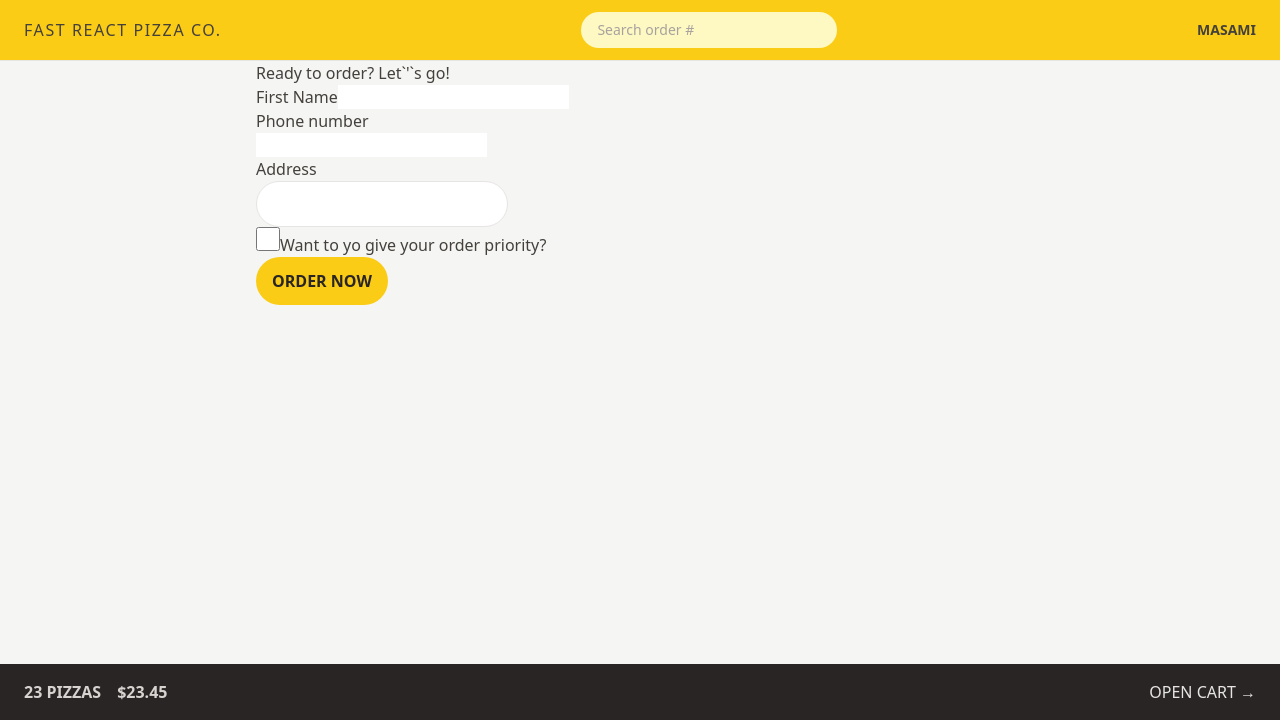
Repository: masamichan/pizza-vite
Page: /order/new
These files come from the project's save history. The page is drawn as it stood at one moment and after the next save; the edit follows.
The browser window is 1280 px wide. The pictures show the whole page.
The project was rebuilt for these pictures with package versions that can differ from the ones it lists, and the page was loaded fresh each time. Also part of the build but not shown: vite.config.js, src/ui/Home.jsx, src/utils/helpers.js, src/features/menu/MenuItem.jsx, src/features/menu/Menu.jsx, src/features/cart/Cart.jsx, src/features/order/Order.jsx, src/ui/Loader.jsx and 1 more. Imported but missing from the stored project, and not drawn on this page: src/features/user/CreateUser.

Above is the page before, as saved 2023-12-22 13:21:36.

### src/App.jsx
import { RouterProvider, createBrowserRouter } from "react-router-dom"
import Home from './ui/Home'
import Menu, {loader as menuLoader} from './features/menu/Menu';
import Cart from './features/cart/Cart';
import CreateOrder, {action as createOrderAction} from './features/order/CreateOrder';
import Order, {loader as orderLoader} from "./features/order/Order"
import AppLayout from "./ui/AppLayout";
import Error from "./ui/Error"

const router = createBrowserRouter([
  {
    element: <AppLayout />,
    errorElement: <Error />,
    children: [
  { path: "/", element: <Home/>},
  { path: "/menu", element: <Menu />, loader: menuLoader, errorElement: <Error />},
  {path: "/cart",element: <Cart />},
  {path: "/order/new",element: <CreateOrder />, action: createOrderAction},
  {path: "/order/:orderId", element: <Order />, loader: orderLoader, errorElement: <Error />}
    ],
  },
])




function App() {
  return <RouterProvider router={router} />
}

export default App

### src/index.css
@tailwind base;
@tailwind components;
@tailwind utilities;

@layer components {
  .input {
    @apply rounded-full border border-stone-200 px-4 py-2 text-sm
          transition-all duration-300 placeholder:text-stone-400
          focus:outline-none focus:ring focus:ring-yellow-400
          md:px-6 md:py-3;
  }
}

/* https://dev.to/afif/i-made-100-css-loaders-for-your-next-project-4eje */
.loader {
  width: 45px;
  aspect-ratio: 0.75;
  --c: no-repeat linear-gradient(#333 0 0);
  background:
    var(--c) 0% 50%,
    var(--c) 50% 50%,
    var(--c) 100% 50%;
  background-size: 20% 50%;
  animation: loading 1s infinite linear;
}

@keyframes loading {
  20% {
    background-position:
      0% 0%,
      50% 50%,
      100% 50%;
  }
  40% {
    background-position:
      0% 100%,
      50% 0%,
      100% 50%;
  }
  60% {
    background-position:
      0% 50%,
      50% 100%,
      100% 0%;
  }
  80% {
    background-position:
      0% 50%,
      50% 50%,
      100% 100%;
  }
}

### src/features/order/CreateOrder.jsx
import { useState } from 'react';
import { Form, redirect, useActionData, useNavigation } from 'react-router-dom';
import { createOrder } from '../../services/apiRestaurant';

// https://uibakery.io/regex-library/phone-number
const isValidPhone = (str) =>
  /^\+?\d{1,4}?[-.\s]?\(?\d{1,3}?\)?[-.\s]?\d{1,4}[-.\s]?\d{1,4}[-.\s]?\d{1,9}$/.test(
    str,
  );

const fakeCart = [
  {
    pizzaId: 12,
    name: 'Mediterranean',
    quantity: 2,
    unitPrice: 16,
    totalPrice: 32,
  },
  {
    pizzaId: 6,
    name: 'Vegetale',
    quantity: 1,
    unitPrice: 13,
    totalPrice: 13,
  },
  {
    pizzaId: 11,
    name: 'Spinach and Mushroom',
    quantity: 1,
    unitPrice: 15,
    totalPrice: 15,
  },
];

function CreateOrder() {
  const navigation = useNavigation();
  const isSubmitting = navigation.state === 'submitting';

  const formErrors = useActionData();

  // const [withPriority, setWithPriority] = useState(false);
  const cart = fakeCart;

  return (
    <div>
      <h2>Ready to order? Let`&apos;`s go!</h2>

      <Form method="POST">
        <div>
          <label>First Name</label>
          <input type="text" name="customer" required />
        </div>

        <div>
          <label>Phone number</label>
          <div>
            <input type="tel" name="phone" required />
          </div>
          {formErrors?.phone && <p>{formErrors.phone}</p>}
        </div>

        <div>
          <label>Address</label>
          <div>
            <input className="input" type="text" name="address" required />
          </div>
        </div>

        <div>
          <input
            className="h-6 w-6 accent-yellow-400
                      focus:outline-none focus:ring
                      focus:ring-yellow-400
                      focus:ring-offset-2"
            type="checkbox"
            name="priority"
            id="priority"
            // value={withPriority}
            // onChange={(e) => setWithPriority(e.target.checked)}
          />
          <label htmlFor="priority">Want to yo give your order priority?</label>
        </div>

        <div>
          <input type="hidden" name="cart" value={JSON.stringify(cart)} />
          <button
            disabled={isSubmitting}
            className="tracking-width activate:bg-slate-400 inline-block rounded-full bg-yellow-400 px-4 py-3 font-semibold
                       uppercase text-stone-800 transition-colors duration-300 hover:bg-yellow-300
                      focus:outline-none focus:ring focus:ring-yellow-300 focus:ring-offset-2 disabled:cursor-not-allowed"
          >
            {isSubmitting ? 'Placing order...' : 'Order now'}
          </button>
        </div>
      </Form>
    </div>
  );
}

export async function action({ request }) {
  const formData = await request.formData();
  const data = Object.fromEntries(formData);

  const order = {
    ...data,
    cart: JSON.parse(data.cart),
    priority: data.priority === 'on',
  };

  const errors = {};
  if (!isValidPhone(order.phone))
    errors.phone =
      'Please give us your correct phone number. We might need it to contact you.';

  if (Object.keys(errors).length > 0) return errors;

  const newOrder = await createOrder(order);

  return redirect(`/order/${newOrder.id}`);
}

export default CreateOrder;

### src/ui/AppLayout.jsx
import Header from './Header';
import Loader from './Loader';
import { Outlet, useNavigation } from 'react-router-dom';
import CartOverview from '../features/cart/CartOverview';

function AppLayout() {
  const navigation = useNavigation();
  const isLoading = navigation.state === 'loading';
  return (
    <div className="grid h-screen grid-rows-[auto_1fr_auto]">
      {isLoading && <Loader />}

      <Header />
      <div className="overflow-scroll">
        <main className="mx-auto max-w-3xl">
          <Outlet />
        </main>
      </div>
      <CartOverview />
    </div>
  );
}

export default AppLayout;

### src/services/apiRestaurant.js
const API_URL = 'https://react-fast-pizza-api.onrender.com/api';

export async function getMenu() {
  const res = await fetch(`${API_URL}/menu`);

  // fetch won't throw error on 400 errors (e.g. when URL is wrong), so we need to do it manually. This will then go into the catch block, where the message is set
  if (!res.ok) throw Error('Failed getting menu');

  const { data } = await res.json();
  return data;
}

export async function getOrder(id) {
  const res = await fetch(`${API_URL}/order/${id}`);
  if (!res.ok) throw Error(`Couldn't find order #${id}`);

  const { data } = await res.json();
  return data;
}

export async function createOrder(newOrder) {
  try {
    const res = await fetch(`${API_URL}/order`, {
      method: 'POST',
      body: JSON.stringify(newOrder),
      headers: {
        'Content-Type': 'application/json',
      },
    });

    if (!res.ok) throw Error();
    const { data } = await res.json();
    return data;
  } catch {
    throw Error('Failed creating your order');
  }
}

export async function updateOrder(id, updateObj) {
  try {
    const res = await fetch(`${API_URL}/order/${id}`, {
      method: 'PATCH',
      body: JSON.stringify(updateObj),
      headers: {
        'Content-Type': 'application/json',
      },
    });

    if (!res.ok) throw Error();
    // We don't need the data, so we don't return anything
  } catch (err) {
    throw Error('Failed updating your order');
  }
}

### src/ui/Header.jsx
import { Link } from 'react-router-dom';
import SearchOrder from '../features/order/SearchOrder';
import UserName from '../features/user/UserName';

function Header() {
  return (
    <header className="flex items-center justify-between border-b border-stone-200 bg-yellow-400 px-4 py-3 uppercase sm:px-6">
      <Link to="/" className="tracking-widest">
        Fast React Pizza Co.
      </Link>
      <SearchOrder />
      <UserName />
    </header>
  );
}

export default Header;

### src/features/cart/CartOverview.jsx
import { Link } from 'react-router-dom';

function CartOverview() {
  return (
    <div className="flex items-center justify-between bg-stone-800 px-4 py-4 text-sm uppercase text-stone-200 sm:px-6 md:text-base">
      <p className="sm-space-x-6 space-x-4 font-semibold text-stone-300">
        <span>23 pizzas</span>
        <span>$23.45</span>
      </p>
      <Link to="/cart">Open cart &rarr;</Link>
    </div>
  );
}

export default CartOverview;

### src/features/order/SearchOrder.jsx
import { useState } from 'react';
import { useNavigate } from 'react-router-dom';

function SearchOrder() {
  const [query, setQuery] = useState('');
  const navigate = useNavigate();

  function handleSubmit(e) {
    e.preventDefault();
    if (!query) return;
    navigate(`/order/${query}`);
    setQuery('');
  }

  return (
    <form onSubmit={handleSubmit}>
      <input
        placeholder="Search order #"
        value={query}
        onChange={(e) => setQuery(e.target.value)}
        className="focus: w-28 rounded-full bg-yellow-100 px-4 py-2
                   text-sm ring-yellow-500 transition-all duration-300
                   placeholder:text-stone-400 focus:outline-none focus:ring focus:ring-opacity-50 sm:w-64 sm:focus:w-72"
      />
    </form>
  );
}

export default SearchOrder;

### src/features/user/UserName.jsx
function UserName() {
  return <div className="hidden text-sm font-semibold md:block">Masami</div>;
}

export default UserName;

Loaded but not shown: index.html (common file); src/main.jsx (common file); tailwind.config.js (common file)

After the next save:
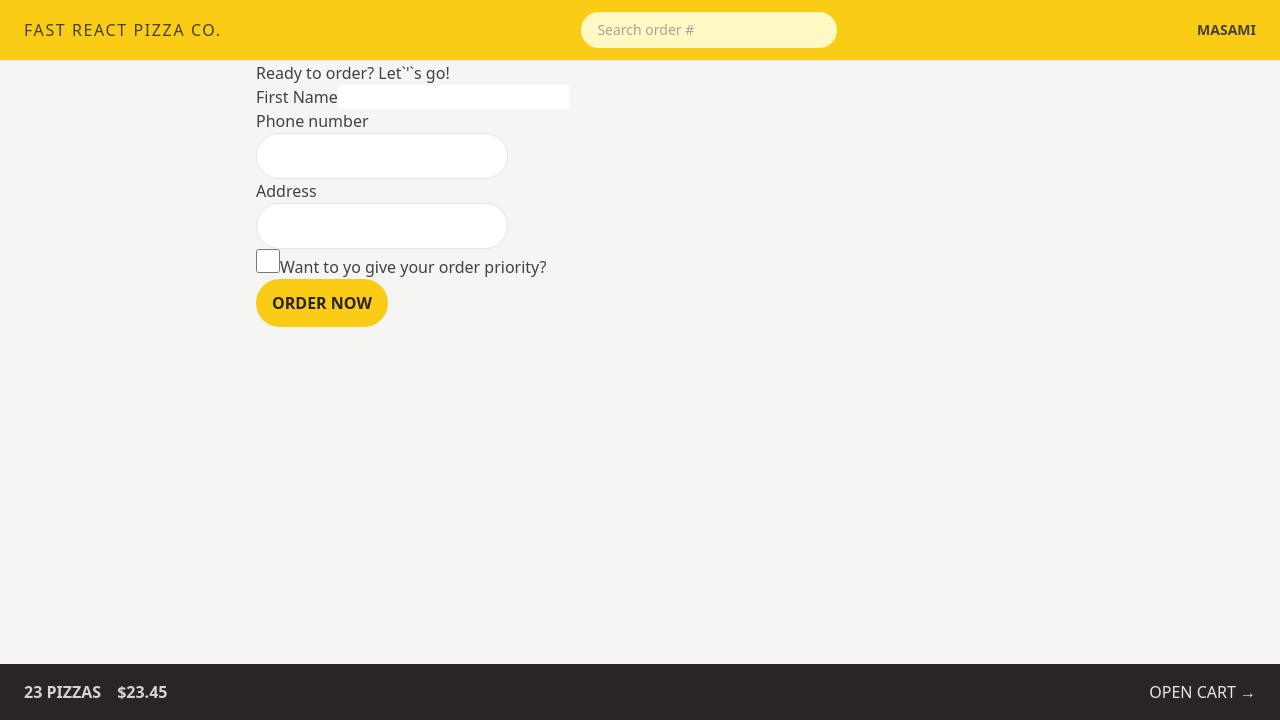
Saved 27 s later.
--- a/src/features/order/CreateOrder.jsx
+++ b/src/features/order/CreateOrder.jsx
@@ -54,7 +54,7 @@ function CreateOrder() {
         <div>
           <label>Phone number</label>
           <div>
-            <input type="tel" name="phone" required />
+            <input className="input" type="tel" name="phone" required />
           </div>
           {formErrors?.phone && <p>{formErrors.phone}</p>}
         </div>
